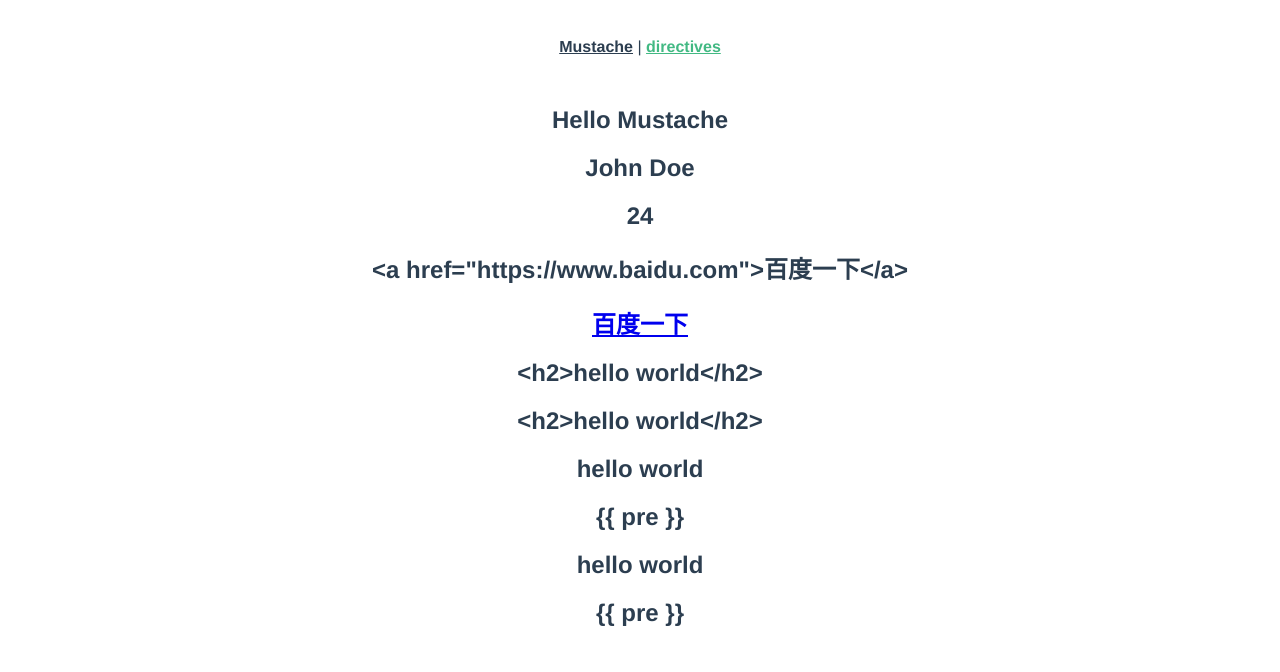
Repository: yeyanghui0616/my-vue2-learning
Page: /directives
These files come from the project's save history. The page is drawn as it stood at one moment and after a run of saves; the edit follows.
The browser window is 1280 px wide. The pictures show the whole page.
The project was rebuilt for these pictures with package versions that can differ from the ones it lists, and the page was loaded fresh each time. Also part of the build but not shown: src/views/Mustache.vue.

Above is the page before, as saved 2023-08-30 21:22:23.

After the next 5 saves:
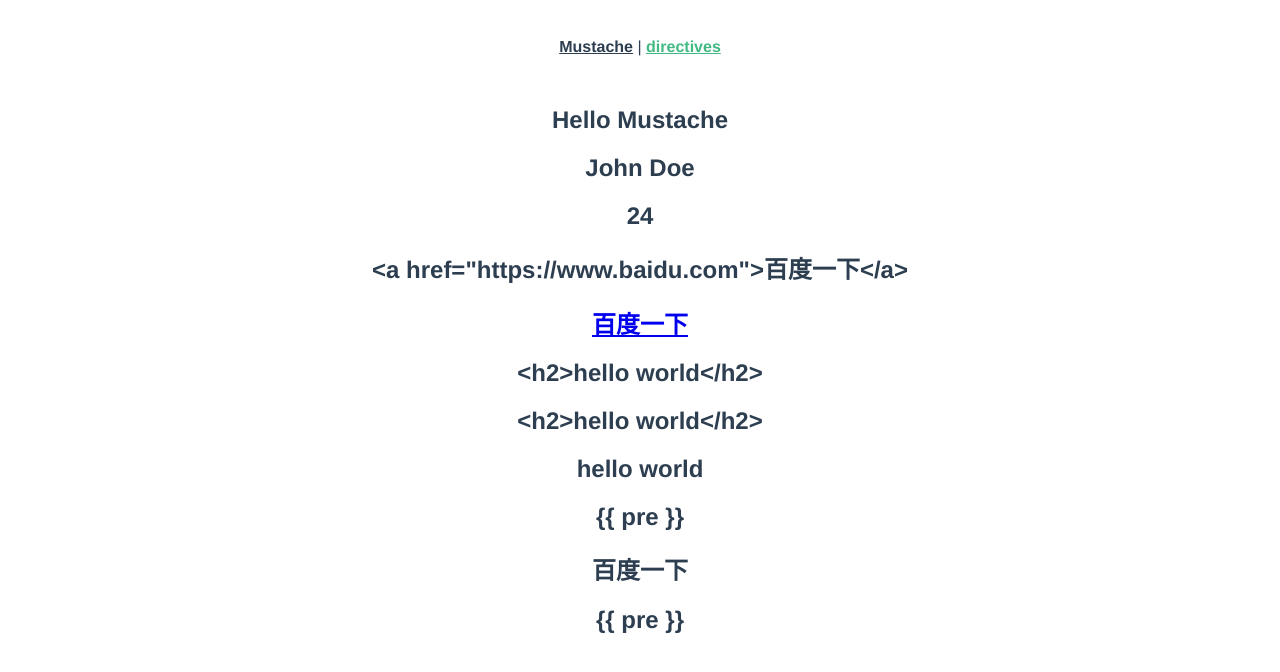
The 5 saves are shown as one change because 1 did not build or start and some came seconds apart.
The last was saved 28 s later.
--- a/src/views/directives.vue
+++ b/src/views/directives.vue
@@ -15,7 +15,7 @@
 		<h2 v-pre>{{ pre }}</h2>
 		<!-- TODO v-bind -->
 		<!-- 用于动态绑定元素 -->
-		<h2>{{ pre }}</h2>
+		<h2 v-bind:href="link">百度一下</h2>
 		<h2 v-pre>{{ pre }}</h2>
 	</div>
 </template>
